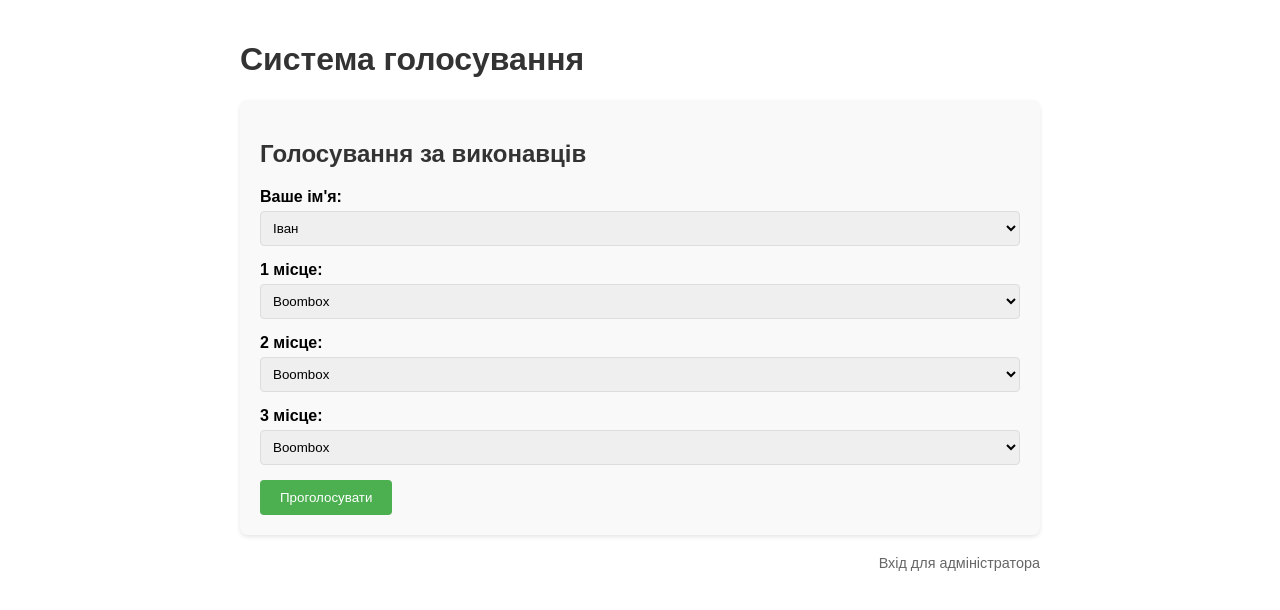
Repository: sheislera/IOD2
Page: http://localhost/
An editor plug-in stored every save of this project. The page is shown before and after the next save, followed by the edit.
The browser window is 1280 px wide. The pictures show the whole page.
The page is served by the project's application, run on Flask 3 (main.py). The page reads the database file committed with the project.

Above is the page before, as saved 2025-05-13 00:32:11.

### templates/vote.html
<!DOCTYPE html>
<html lang="uk">
<head>
    <meta charset="UTF-8">
    <meta name="viewport" content="width=device-width, initial-scale=1.0">
    <title>Голосування</title>
    <style>
        body {
            font-family: Arial, sans-serif;
            max-width: 800px;
            margin: 0 auto;
            padding: 20px;
        }

        h1, h2 {
            color: #333;
        }

        .voting-form {
            background-color: #f9f9f9;
            padding: 20px;
            border-radius: 8px;
            box-shadow: 0 2px 4px rgba(0,0,0,0.1);
            margin-bottom: 20px;
        }

        .form-group {
            margin-bottom: 15px;
        }

        label {
            display: block;
            font-weight: bold;
            margin-bottom: 5px;
        }

        select {
            width: 100%;
            padding: 8px;
            border: 1px solid #ddd;
            border-radius: 4px;
        }

        button {
            padding: 10px 20px;
            background-color: #4CAF50;
            color: white;
            border: none;
            border-radius: 4px;
            cursor: pointer;
        }

        button:hover {
            background-color: #45a049;
        }

        .flash-messages {
            margin-bottom: 20px;
        }

        .flash-message {
            padding: 10px;
            background-color: #4CAF50;
            color: white;
            border-radius: 4px;
            margin-bottom: 10px;
        }

        .admin-link {
            display: block;
            margin-top: 20px;
            text-align: right;
            color: #666;
            text-decoration: none;
            font-size: 0.9em;
        }
    </style>
    <script>
        function updateOptions() {
            const choice1 = document.getElementById("choice1").value;
            const choice2 = document.getElementById("choice2").value;
            const choice3 = document.getElementById("choice3").value;

            const selects = ["choice1", "choice2", "choice3"];
            const selectedValues = [choice1, choice2, choice3];

            selects.forEach((selectId, idx) => {
                const select = document.getElementById(selectId);
                const options = select.options;

                for (let i = 0; i < options.length; i++) {
                    options[i].disabled = false;
                    const value = options[i].value;

                    selectedValues.forEach((selectedValue, selectedIdx) => {
                        if (idx !== selectedIdx && value === selectedValue) {
                            options[i].disabled = true;
                        }
                    });
                }
            });
        }
    </script>
</head>
<body>
    <h1>Система голосування</h1>

    {% with messages = get_flashed_messages() %}
        {% if messages %}
            <div class="flash-messages">
                {% for message in messages %}
                    <div class="flash-message">{{ message }}</div>
                {% endfor %}
            </div>
        {% endif %}
    {% endwith %}

    <div class="voting-form">
        <h2>Голосування за виконавців</h2>
        <form method="post">
            <div class="form-group">
                <label for="expert">Ваше ім'я:</label>
                <select name="expert" id="expert" required>
                    {% for expert in experts %}
                        <option value="{{ expert }}">{{ expert }}</option>
                    {% endfor %}
                </select>
            </div>

            <div class="form-group">
                <label for="choice1">1 місце:</label>
                <select name="choice1" id="choice1" required onchange="updateOptions()">
                    {% for performer in performers %}
                        <option value="{{ performer[0] }}">{{ performer[1] }}</option>
                    {% endfor %}
                </select>
            </div>

            <div class="form-group">
                <label for="choice2">2 місце:</label>
                <select name="choice2" id="choice2" required onchange="updateOptions()">
                    {% for performer in performers %}
                        <option value="{{ performer[0] }}">{{ performer[1] }}</option>
                    {% endfor %}
                </select>
            </div>

            <div class="form-group">
                <label for="choice3">3 місце:</label>
                <select name="choice3" id="choice3" required onchange="updateOptions()">
                    {% for performer in performers %}
                        <option value="{{ performer[0] }}">{{ performer[1] }}</option>
                    {% endfor %}
                </select>
            </div>

            <button type="submit">Проголосувати</button>
        </form>
    </div>

    <a href="{{ url_for('login') }}" class="admin-link">Вхід для адміністратора</a>
</body>
</html>

### voting.db (the tables this page reads, as SQL)
CREATE TABLE "experts" (
                    id INTEGER PRIMARY KEY AUTOINCREMENT,
                    name TEXT UNIQUE NOT NULL,
                    password TEXT NOT NULL
                );
INSERT INTO "experts" VALUES
(1, 'Артем', '8c8f921e3e147f495cdfce53d16a6a6fbdc437f98af72f24bdf957e741b66622'),
(2, 'Назар', '7997bfe64eaea0407e0bf1e8cdbd51e3b18ad6653ef3c8bc9b4ff40d8cc486b3'),
(3, 'Настя', '801aef2e3c3f72094c6205cb3d54d24066af06d91d94de807699cb1f54a78f96'),
(4, 'Юля', '7acddc895de984af0eb9a750794c64205452e4d018469ddb51f1aaf470612a7f'),
(5, 'Коля', '10184b70a0051f36d132d319f400d73b8fb2d25a11c5cbe1fb5749b2eb50aa33'),
(6, 'Віра', '3e0f0dfbff5846f5f1889d16e8039dbb13d97438bfef2accaae7e3535efbb254'),
(7, 'Надія', 'cfb96ea7da7cde8da86006744c14faf4eb18ff597851c37878f3e82af0f19973'),
(8, 'Любов', 'ac9686dc4fa66f69b9a4cf56b890a2f79f4e5180c1dbdbf3d102b76bf21f89c2'),
(9, 'Олексій', '29ab948b9d9c9b53798039122ca24ffee8a3885d50169b89134ac2a1d43cf40d'),
(10, 'Олег', 'f3b6151d5a0734ab2af432d46071ec73dccb06175609fbeab19de8ceafbafd31'),
(11, 'Марія', 'a0dc34ba48a5b94a8efbe1f3c8b6ef82a0ffb2221fb3e284aaddc8aaf67bbce4'),
(12, 'Лера', '6197190ce0400bb936b409f46723ca5d6158b4489d1ef67cb9816151e56762e5'),
(13, 'Олена', '57935e3b530c39890356b66f0630964f8b1a3f94a25ecc18608b327333cbe128'),
(14, 'Іван', '60735f7e799182ed6b4f08407c13b40ca9678004fe41fb79484e6e8b57da712a'),
(15, 'Олександр', '16f1e04dac15a8b2d431d47606e522ea01c0c30873b1e0fb5c34ecebebe95cec'),
(16, 'Валя', 'ea5c6174d515041332c207442d61ffb37baaab460e83f4531c138246d3f6ccdb'),
(17, 'Даня', '3d9aa54fb4aa3add9c6843dbbc9dfa8007a2228d5c6657acb102155e778bcf6c'),
(18, 'Марина', '19748a5c8818fe483dc845706a80aaf46c5217025f6402d327d96c8b8fdd68d9'),
(19, 'Злата', '4662b74e08eaa289fc8ece910724c95a17dfd6001d086342b327b03de3fe53bf'),
(20, 'Костя', 'cd07ff06c7399a1631a45bcf0dd3c091ef593a0e0f217268cb406bf6907534a0'),
(61, 'Викладач', '08ba0f90227c80c5e1a4ba980d034a9371f05614c348358e819646352bc61141'),
(62, 'Викладач1', '8c6976e5b5410415bde908bd4dee15dfb167a9c873fc4bb8a81f6f2ab448a918'),
(63, 'Викладач2', '8c6976e5b5410415bde908bd4dee15dfb167a9c873fc4bb8a81f6f2ab448a918'),
(64, 'Викладач3', '8c6976e5b5410415bde908bd4dee15dfb167a9c873fc4bb8a81f6f2ab448a918'),
(65, 'Викладач4', '8c6976e5b5410415bde908bd4dee15dfb167a9c873fc4bb8a81f6f2ab448a918');

CREATE TABLE performers (
                id INTEGER PRIMARY KEY AUTOINCREMENT,
                name TEXT UNIQUE NOT NULL
            );
INSERT INTO "performers" VALUES
(1, 'dity inzheneriv'),
(2, 'SadSvit'),
(3, 'badactress'),
(4, 'jockii druce'),
(5, 'Do Sliz'),
(6, 'Boombox'),
(7, 'Nikow'),
(8, 'МУР'),
(9, 'The Curly'),
(10, 'I Hate Myself Because'),
(11, 'NAZVA'),
(12, 'Ziferblat'),
(13, 'typeled'),
(14, 'Твій зайчик пише'),
(15, 'Luna Rozza'),
(16, 'Tartak'),
(17, 'Скажи щось погане'),
(18, 'СТРУКТУРА ЩАСТЯ'),
(19, 'Epolets'),
(20, 'The Unsleeping');

Loaded but not shown: main.py (691 lines, source omitted)

After the next save:
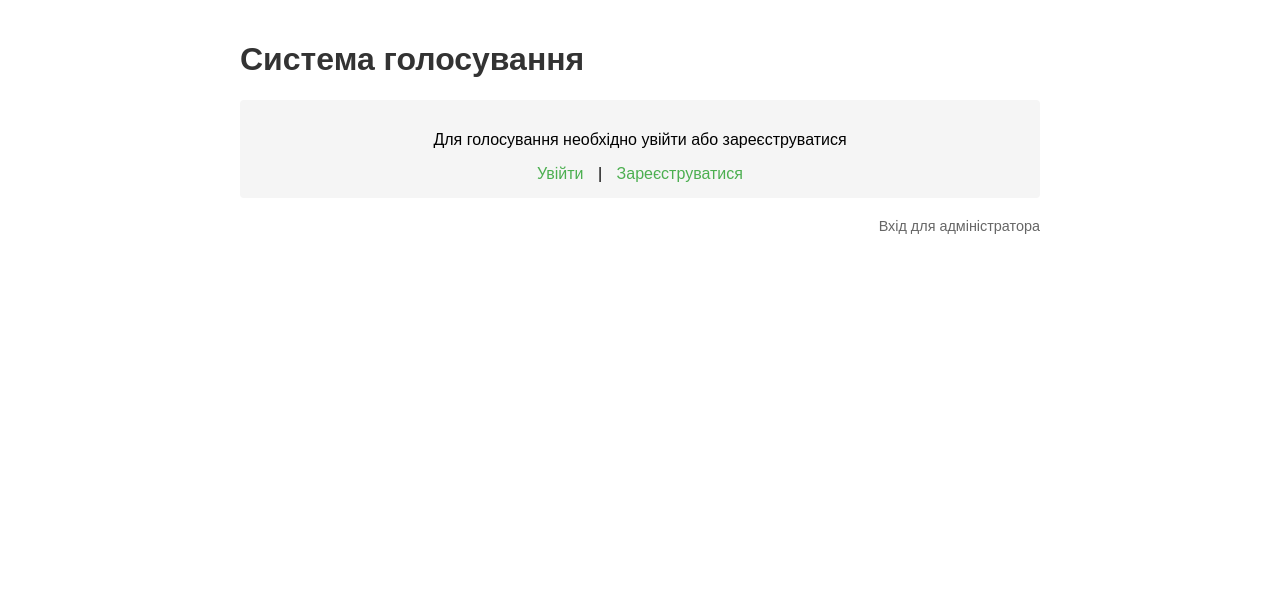
Saved 24 s later.
--- a/templates/vote.html
+++ b/templates/vote.html
@@ -74,6 +74,30 @@
             text-decoration: none;
             font-size: 0.9em;
         }
+
+        .auth-links {
+            text-align: center;
+            margin: 20px 0;
+            padding: 15px;
+            background-color: #f5f5f5;
+            border-radius: 4px;
+        }
+
+        .auth-links a {
+            color: #4CAF50;
+            text-decoration: none;
+            margin: 0 10px;
+        }
+
+        .auth-links a:hover {
+            text-decoration: underline;
+        }
+
+        .user-info {
+            text-align: right;
+            margin-bottom: 20px;
+            color: #666;
+        }
     </style>
     <script>
         function updateOptions() {
@@ -115,17 +139,24 @@
         {% endif %}
     {% endwith %}
 
+    {% if session.get('expert_name') %}
+        <div class="user-info">
+            Ви увійшли як: {{ session.get('expert_name') }}
+            <a href="{{ url_for('expert_logout') }}" style="margin-left: 10px; color: #f44336;">Вийти</a>
+        </div>
+    {% else %}
+        <div class="auth-links">
+            <p>Для голосування необхідно увійти або зареєструватися</p>
+            <a href="{{ url_for('expert_login') }}">Увійти</a> |
+            <a href="{{ url_for('register') }}">Зареєструватися</a>
+        </div>
+    {% endif %}
+
+    {% if session.get('expert_id') %}
     <div class="voting-form">
         <h2>Голосування за виконавців</h2>
         <form method="post">
-            <div class="form-group">
-                <label for="expert">Ваше ім'я:</label>
-                <select name="expert" id="expert" required>
-                    {% for expert in experts %}
-                        <option value="{{ expert }}">{{ expert }}</option>
-                    {% endfor %}
-                </select>
-            </div>
+            <input type="hidden" name="expert" value="{{ session.get('expert_name') }}">
 
             <div class="form-group">
                 <label for="choice1">1 місце:</label>
@@ -157,6 +188,7 @@
             <button type="submit">Проголосувати</button>
         </form>
     </div>
+    {% endif %}
 
     <a href="{{ url_for('login') }}" class="admin-link">Вхід для адміністратора</a>
 </body>
